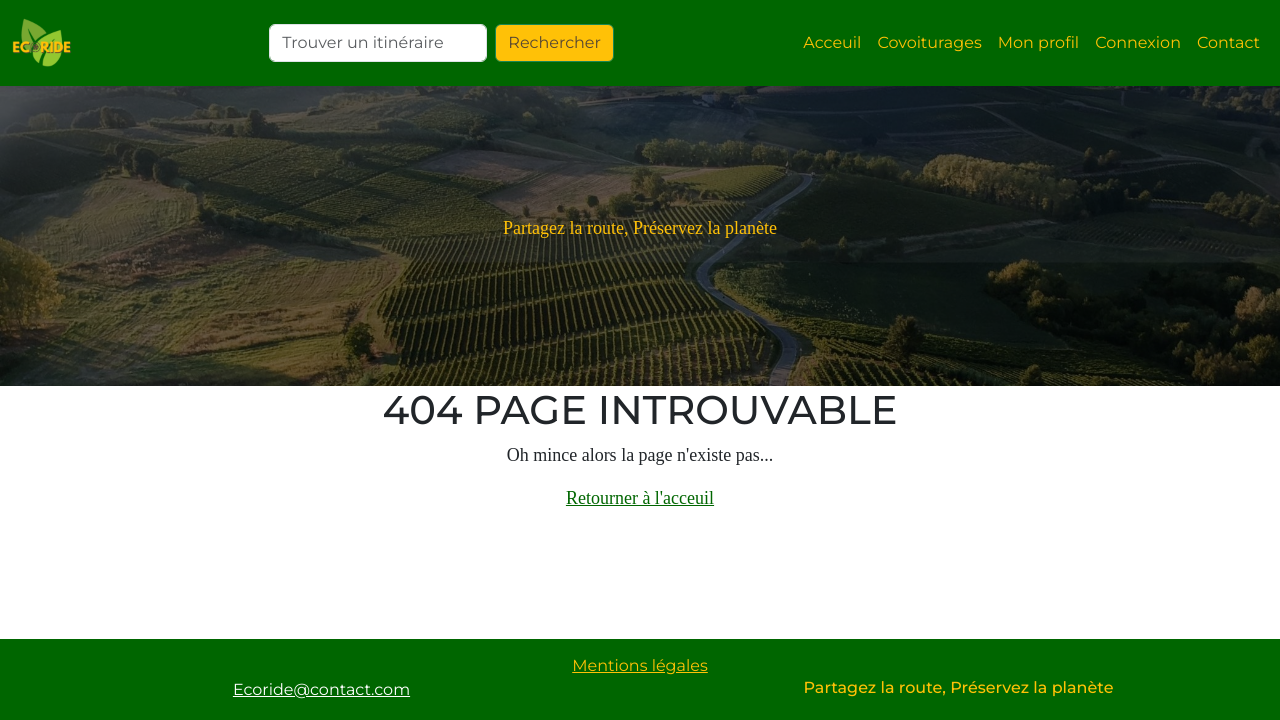
Repository: lemonhao9/ECF
Page: index.html
These files come from the project's save history. The page is drawn as it stood at one moment and after the next save; the edit follows.
The browser window is 1280 px wide. The pictures show the whole page.
The pointer rests on the first visible `.navbar button`.
Some web fonts or font styles are not loaded; a fallback is used. The style sheet was rebuilt from its Sass, Less or Tailwind sources for each picture, by a compiler version that may differ from the author's.

Above is the page before, as saved 2025-02-11 16:22:19.

### index.html
<!DOCTYPE html>
<html lang="fr">
<head>
    <meta charset="UTF-8">
    <meta name="viewport" content="width=device-width, initial-scale=1.0">
    <link rel="preconnect" href="https://fonts.googleapis.com">
    <link rel="preconnect" href="https://fonts.gstatic.com" crossorigin>
    <link href="https://fonts.googleapis.com/css2?family=Hind+Madurai:wght@300;400;500;600;700&family=Montserrat:ital,wght@0,100..900;1,100..900&display=swap" rel="stylesheet">
    <link rel="stylesheet" href="/scss/main.css"/>
    <title>EcoRide</title>
</head>
<body>

    <header>
<nav class="navbar navbar-expand-lg bg-primary" data-bs-theme="light">
  <div class="container-fluid">
        <a class="navbar-brand" href="/"><img src="/images/EcoRideLOGO.png" class="img-fluid" alt="logo EcoRide" width="60px"height="50px"></a>
        <button class="navbar-toggler" type="button" data-bs-toggle="collapse" data-bs-target="#navbarSupportedContent" aria-controls="navbarSupportedContent" aria-expanded="false" aria-label="Toggle navigation">
      <span class="navbar-toggler-icon"></span>
        </button>
     <div class="collapse navbar-collapse" id="navbarSupportedContent">
        <div class="d-flex justify-content-center w-100">
            <form class="d-flex" role="search">
              <input class="form-control me-2" type="search" placeholder="Trouver un itinéraire" aria-label="Search">
              <button class="btn btn-outline-success bg-secondary text-black" type="submit">Rechercher</button>
            </form>
          </div>
      <ul class="navbar-nav ms-auto mb-2 mb-lg-0">
        <li class="nav-item">
          <a class="nav-link text-secondary" href="/">Acceuil</a>
        </li>
        <li class="nav-item">
          <a class="nav-link text-secondary" href="/formCovoit">Covoiturages</a>
        </li>
        <li class="nav-item">
          <a class="nav-link text-secondary text-nowrap" href="/profile">Mon profil</a>
        </li>
        <li class="nav-item">
            <a class="nav-link text-secondary" href="/login">Connexion</a>
          </li>
          <li class="nav-item">
            <a class="nav-link text-secondary" href="">Contact</a>
          </li>
      </ul>

    </div>
  </div>
</nav>
    </header>

    <main id="main-page">
        <!-- Injection du contenu des différentes pages-->
    </main>
    <footer class="bg-primary text-center footer">
        <div class="row">
            <div class="col-12">
                <a href="#" class="text-secondary">Mentions légales</a>
            </div>
            <div class="col-6">
                <a href="mailto:Ecoride@contact.com" class="text-white">Ecoride@contact.com</a>
            </div>
            <div class="col-6 text-secondary">
                <h3>Partagez la route, Préservez la planète</h3>
            </div>
        </div>
    </footer>

    <script type="module" src="./Router/router.js"></script>
    <script src="node_modules/bootstrap/dist/js/bootstrap.bundle.min.js"></script>

</body>
</html>

### Router/router.js
import Route from "./Route.js";
import { allRoutes, websiteName } from "./allRoutes.js";

// Création d'une route pour la page 404 (page introuvable)
const route404 = new Route("404", "Page introuvable", "/pages/404.html");

// Fonction pour récupérer la route correspondant à une URL donnée
const getRouteByUrl = (url) => {
  let currentRoute = null;
  // Parcours de toutes les routes pour trouver la correspondance
  allRoutes.forEach((element) => {
    if (element.url == url) {
      currentRoute = element;
    }
  });
  // Si aucune correspondance n'est trouvée, on retourne la route 404
  if (currentRoute != null) {
    return currentRoute;
  } else {
    return route404;
  }
};

// Fonction pour charger le contenu de la page
const LoadContentPage = async () => {
  const path = window.location.pathname;
  // Récupération de l'URL actuelle
  const actualRoute = getRouteByUrl(path);
  // Récupération du contenu HTML de la route
  const html = await fetch(actualRoute.pathHtml).then((data) => data.text());
  // Ajout du contenu HTML à l'élément avec l'ID "main-page"
  document.getElementById("main-page").innerHTML = html;

  // Ajout du contenu JavaScript
  if (actualRoute.pathJS != "") {
    // Création d'une balise script
    var scriptTag = document.createElement("script");
    scriptTag.setAttribute("type", "text/javascript");
    scriptTag.setAttribute("src", actualRoute.pathJS);

    // Ajout de la balise script au corps du document
    document.querySelector("body").appendChild(scriptTag);
  }

  // Changement du titre de la page
  document.title = actualRoute.title + " - " + websiteName;
};

// Fonction pour gérer les événements de routage (clic sur les liens)
const routeEvent = (event) => {
  event = event || window.event;
  event.preventDefault();
  // Mise à jour de l'URL dans l'historique du navigateur
  window.history.pushState({}, "", event.target.href);
  // Chargement du contenu de la nouvelle page
  LoadContentPage();
};

// Gestion de l'événement de retour en arrière dans l'historique du navigateur
window.onpopstate = LoadContentPage;
// Assignation de la fonction routeEvent à la propriété route de la fenêtre
window.route = routeEvent;
// Chargement du contenu de la page au chargement initial
LoadContentPage();

### Router/allRoutes.js
import Route from "./Route.js";

//Définir ici vos routes
export const allRoutes = [
    new Route("/", "Accueil", "./pages/home.html"),
    new Route("/profile", "Profil", "./pages/profile.html"),
    new Route("/login", "Connexion", "./pages/auth/login.html"),
    new Route("/signin", "Inscription", "./pages/auth/signin.html"),
    new Route("/formCovoit", "Covoiturages", "./pages/formCovoit.html"),
    new Route("/vueCovoit", "Se déplacer", "./pages/vueCovoit.html")
];

//Le titre s'affiche comme ceci : Route.titre - websitename
export const websiteName = "EcoRide";

### pages/404.html
<div class="hero-scene text-center text-secondary">
    <div class="hero-scene-content">
        <p>Partagez la route, Préservez la planète</p>
    </div>
</div>

<div class="text-center justify-content--center">
    <h1>404 PAGE INTROUVABLE</h1>
    <p>Oh mince alors la page n'existe pas...</p>
    <p><a href="/">Retourner à l'acceuil</a></p>
</div>

### scss/main.scss
@import 'custom';

html {
    position: relative;
    min-height: 100%;
}

main{
    margin-bottom: 82px;
}

// ...Style du Footer...

footer.footer {
    padding: 15px;
    position:absolute;
    bottom:0;
    width: 100%;
}

footer h3{
    font-size: 16px;
}

footer a:hover{
        color:#584832 !important;
}

p{
    font-family: $font-family-serif;
    font-size: 18px;
}
// ...Style du burger...
.navbar-toggler-icon {
    background-image: url("data:[embedded picture, 225 characters]");
  }
.navbar-toggler{
  border:none;
}
.navbar-toggler:focus{
  box-shadow: none;
}

.navbar button:hover{
    background-color: #584832;
}

// ...Style du Heroscene...

.hero-scene{
    position: relative;
    &::before{
        content: "";
        position: absolute;
        top: 0;
        left: 0;
        width: 100%;
        height: 100%;
        background-image: url(../images/HerosceneGDsize.jpg);
        background-size: cover;
        filter: brightness(0.4);
    }

    *{
        position: relative;
    }

    .hero-scene-content{
        height: 300px;
        display: flex;
        flex-direction: column;
        align-items: center;
        justify-content: center;
    }
}

### scss/_custom.scss
// On défini notre charte graphique ainsi que les différentes polices d'écriture.

$primary: #006600;
$secondary: #FFC107;
$dark:#392C1E;
$black:  #584832;
$font-family-sans-serif: "Montserrat", sans-serif !default;
$font-family-serif: "Hind Madurai", serif !default;

@import "../node_modules/bootstrap/scss/bootstrap";

Loaded but not shown: node_modules/bootstrap/dist/js/bootstrap.bundle.min.js (library); Router/Route.js (common file)

After the next save:
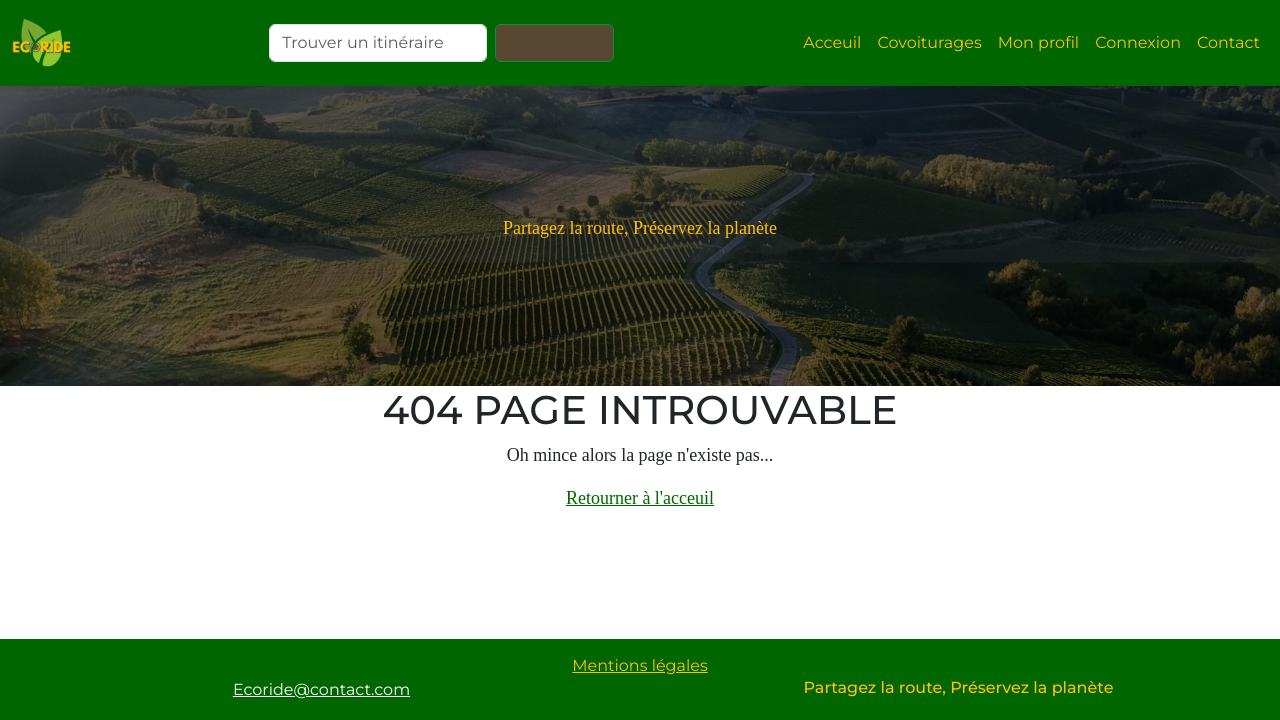
Saved 11 s later.
--- a/scss/main.scss
+++ b/scss/main.scss
@@ -42,7 +42,7 @@ p{
 }
 
 .navbar button:hover{
-    background-color: #584832;
+    background-color: #584832 !important;
 }
 
 // ...Style du Heroscene...
